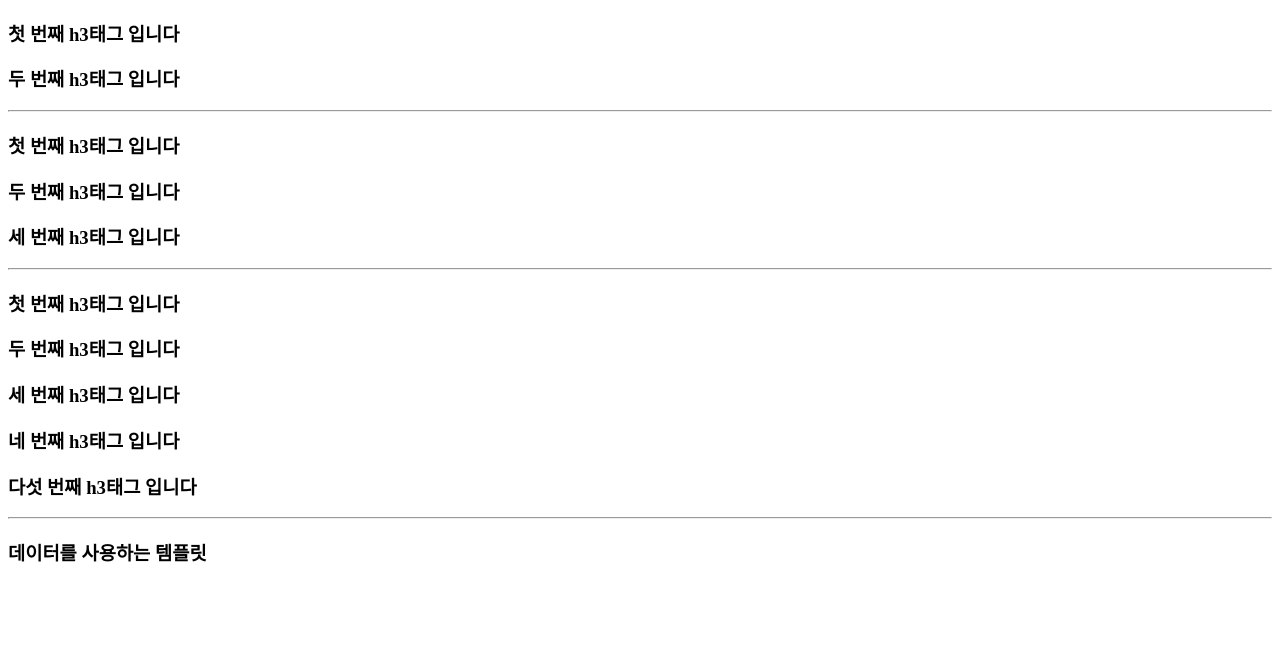
Repository: HyoJun00/Vue_JS
Page: Component/src/main/webapp/index.html
The author's editor kept a copy of each file at every save. The page is drawn from the files as they stood at one save, then again after the next save.
The browser window is 1280 px wide. The pictures show the whole page.

Above is the page before, as saved 2025-07-15 05:52:46.

### Component/src/main/webapp/index.html
<!DOCTYPE html>
<html>
<head>
<meta charset="UTF-8">
<title>Insert title here</title>
<script src="https://cdn.jsdelivr.net/npm/vue@2"></script>
<script>
	Vue.component('component1', {
		template : '<div>'
				 + '<h3>첫 번째 h3태그 입니다</h3>'
				 + '<h3>두 번째 h3태그 입니다</h3>'
				 + '</div>'
	})

	Vue.component('component2', {
		template : '<h3>세 번째 h3태그 입니다</h3>'
	})

	Vue.component('data_component', {
		template : '<div>'
				 + '<h3>데이터를 사용하는 템플릿</h3>'
				 + '<h3>{{a1}}</h3>'
				 + '</div>',
		data : {
			a1 : '문자열1'
		}
	})

	window.onload = function(){
		var test1 = new Vue({
			el : '#test1'
		})

		var test2 = new Vue({
			el : '#test2'
		})

		var test3 = new Vue({
			el : '#test3',
			components : {
				'component3' : {
					template : '<h3>네 번째 h3태그 입니다</h3>'
				},
				'component4' : {
					template : '<h3>다섯 번째 h3태그 입니다</h3>'
				}
			}
		})

		var test4 = new Vue({
			el : '#test4'
		})
	}
</script>
</head>
<body>
	<div id="test1">
		<component1></component1>
	</div>
	<hr/>
	<div id="test2">
		<component1></component1>
		<component2></component2>
		<!-- <component3></component3> -->
	</div>
	<hr/>
	<div id="test3">
		<component1></component1>
		<component2></component2>
		<component3></component3>
		<component4></component4>
	</div>
	<hr/>
	<div id="test4">
		<data_component></data_component>
	</div>
</body>
</html>

After the next save:
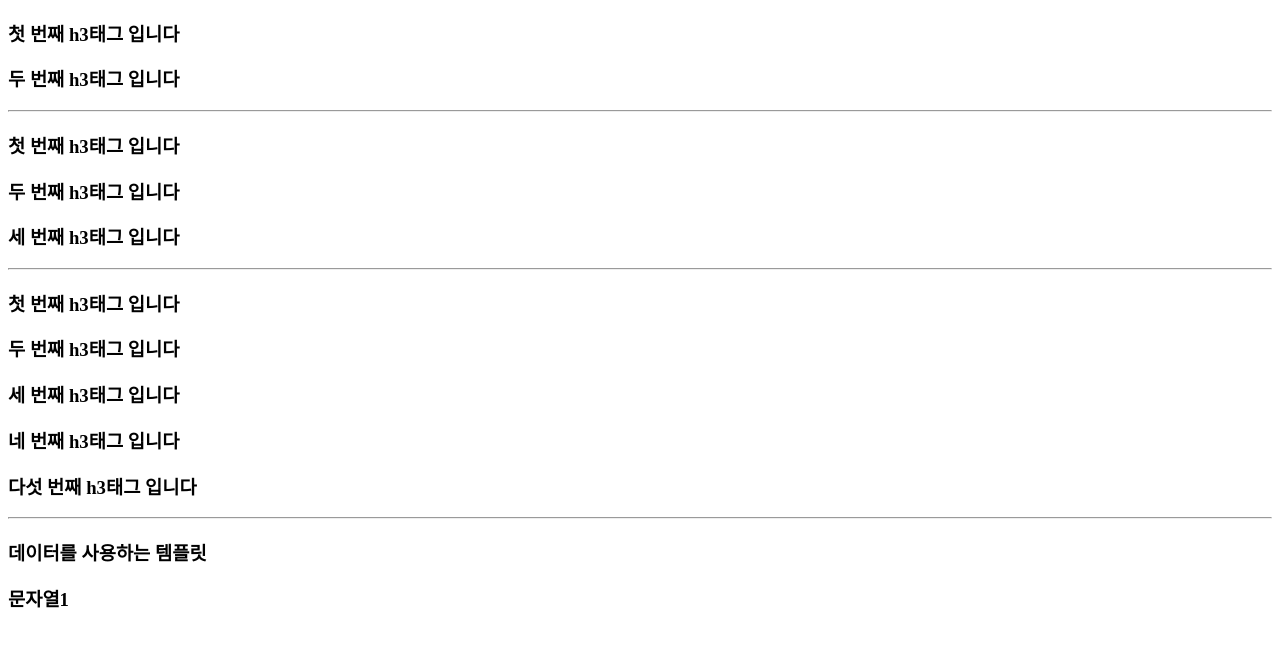
Saved 65 s later.
--- a/Component/src/main/webapp/index.html
+++ b/Component/src/main/webapp/index.html
@@ -21,8 +21,11 @@
 				 + '<h3>데이터를 사용하는 템플릿</h3>'
 				 + '<h3>{{a1}}</h3>'
 				 + '</div>',
-		data : {
-			a1 : '문자열1'
+		data : function(){
+			rtn_obj = {
+					a1 : '문자열1'
+			}
+			return rtn_obj
 		}
 	})
 
